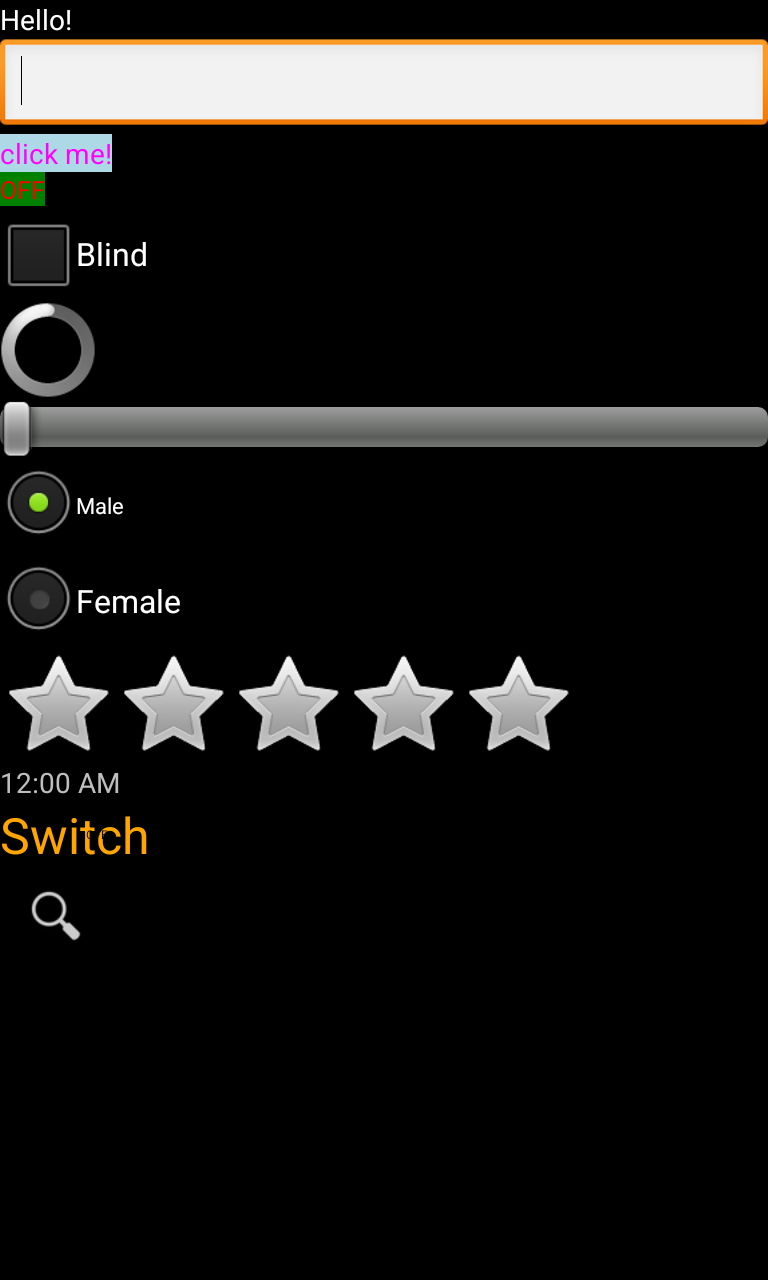
Repository: RibuRoyson/exercise
Layout: HelloWorld/res/layout/activity_main.xml
These files come from the project's save history. The layout is drawn as it stood at one moment and after the next save; the edit follows.
It is drawn on a 768 x 1280 px phone screen (xhdpi) without system bars, with theme android:Theme.Black; the app's code is not run.

Above is the layout before, as saved 2015-02-09 05:51:47.

After the next save:
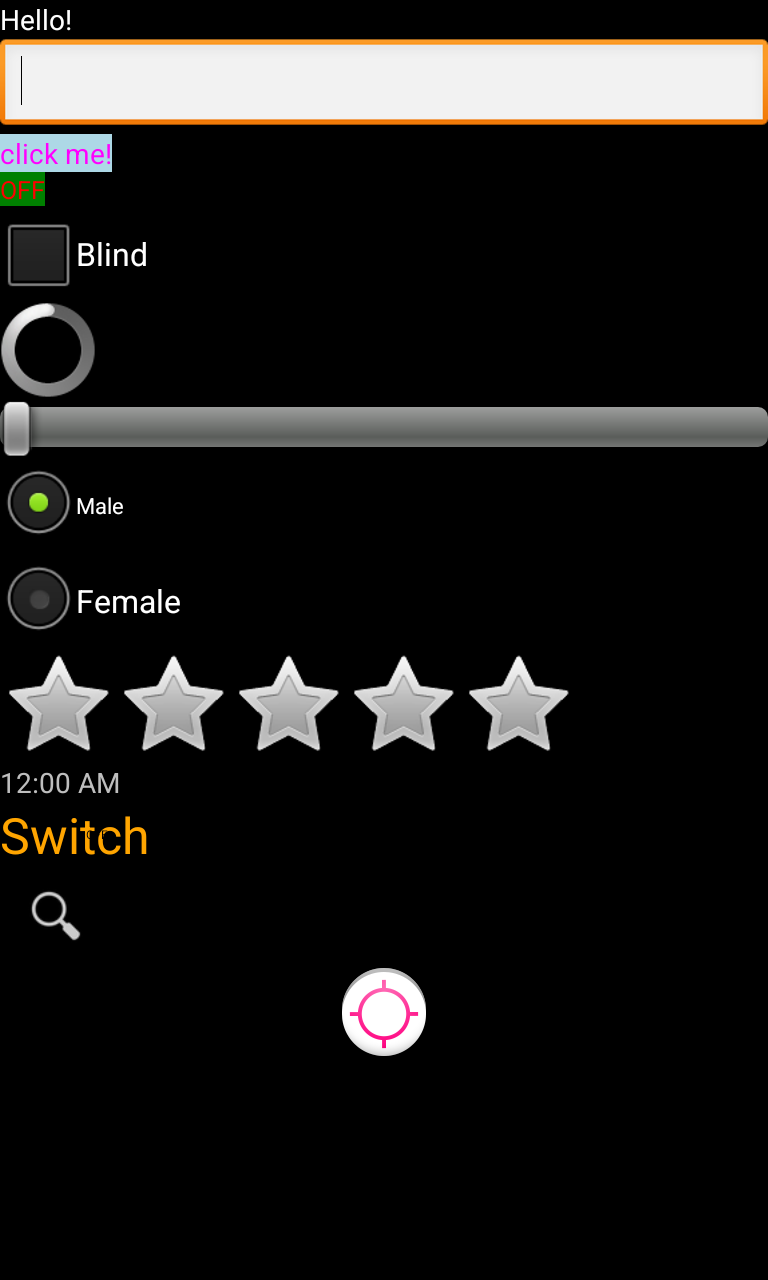
Saved 4 min 19 s later.
--- a/HelloWorld/res/layout/activity_main.xml
+++ b/HelloWorld/res/layout/activity_main.xml
@@ -108,9 +108,10 @@
         android:layout_height="wrap_content" >
     </SearchView>
 
-    <QuickContactBadge
-        android:id="@+id/quickContactBadge1"
-        android:layout_width="wrap_content"
-        android:layout_height="wrap_content" />
+    <ImageView
+        android:id="@+id/imageView1"
+        android:layout_width="match_parent"
+        android:layout_height="wrap_content"
+        android:src="@drawable/ic_launcher" />
 
 </LinearLayout>
